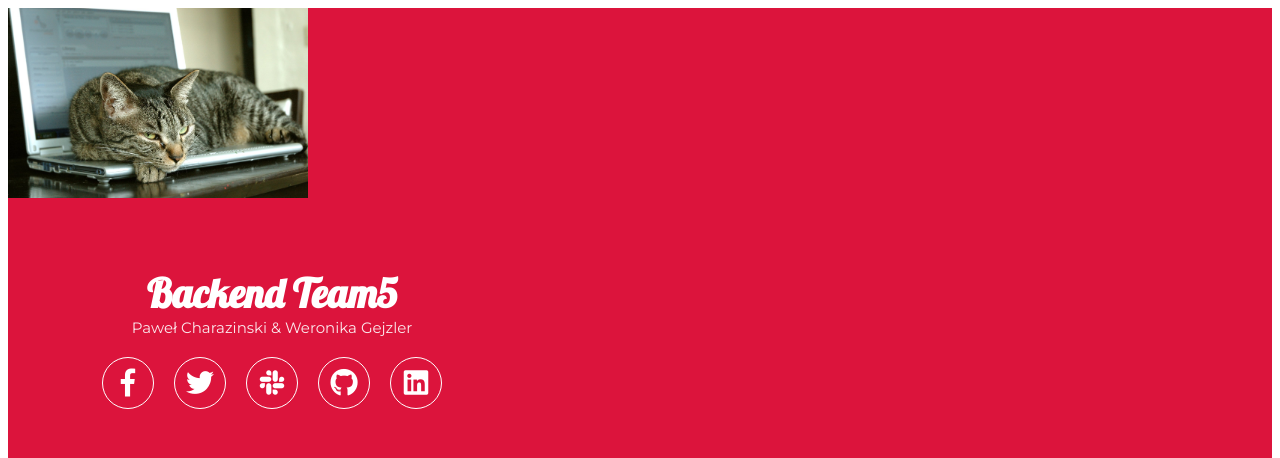
Repository: pietruszka/cc_proj1
Page: index.html
These files come from the project's save history. The page is drawn as it stood at one moment and after a run of saves; the edit follows.
The browser window is 1280 px wide. The pictures show the part of the page from y = 0 to 458 px (the page is 1111 px tall).
Pictures or frames that could not be fetched are drawn as grey boxes. Some web libraries are served in a nearby version.

Above is the page before, as saved 2018-11-18 19:34:55.

After the next 2 saves:
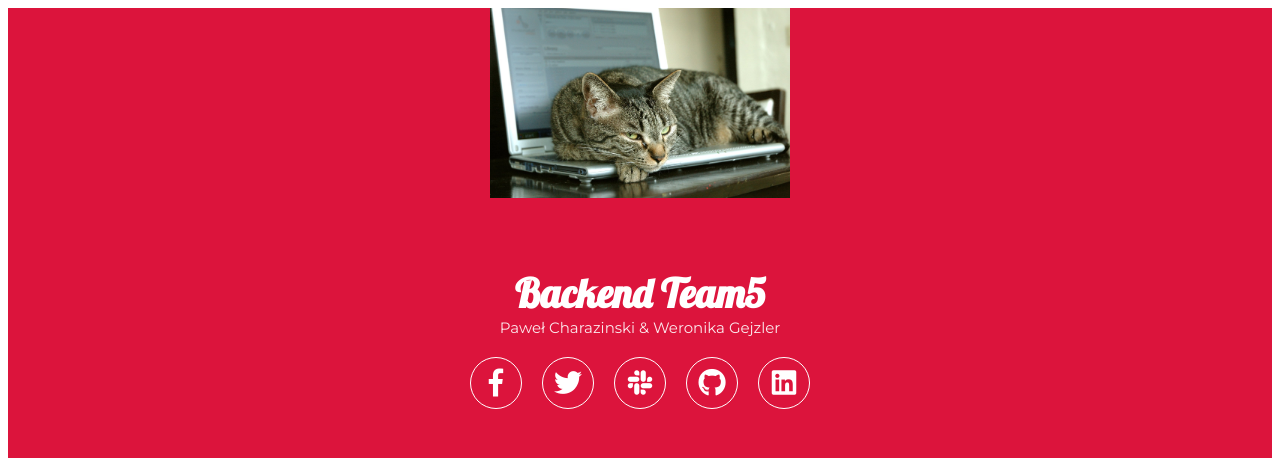
The 2 saves are shown as one change because they came seconds apart.
The last was saved 18 s later.
--- a/style.css
+++ b/style.css
@@ -15,7 +15,7 @@
 #top{
    display: flex;
    flex-direction: column;
-   align-items: baseline;
+   align-items: center;
     background-color: crimson;
     color: white;
 
